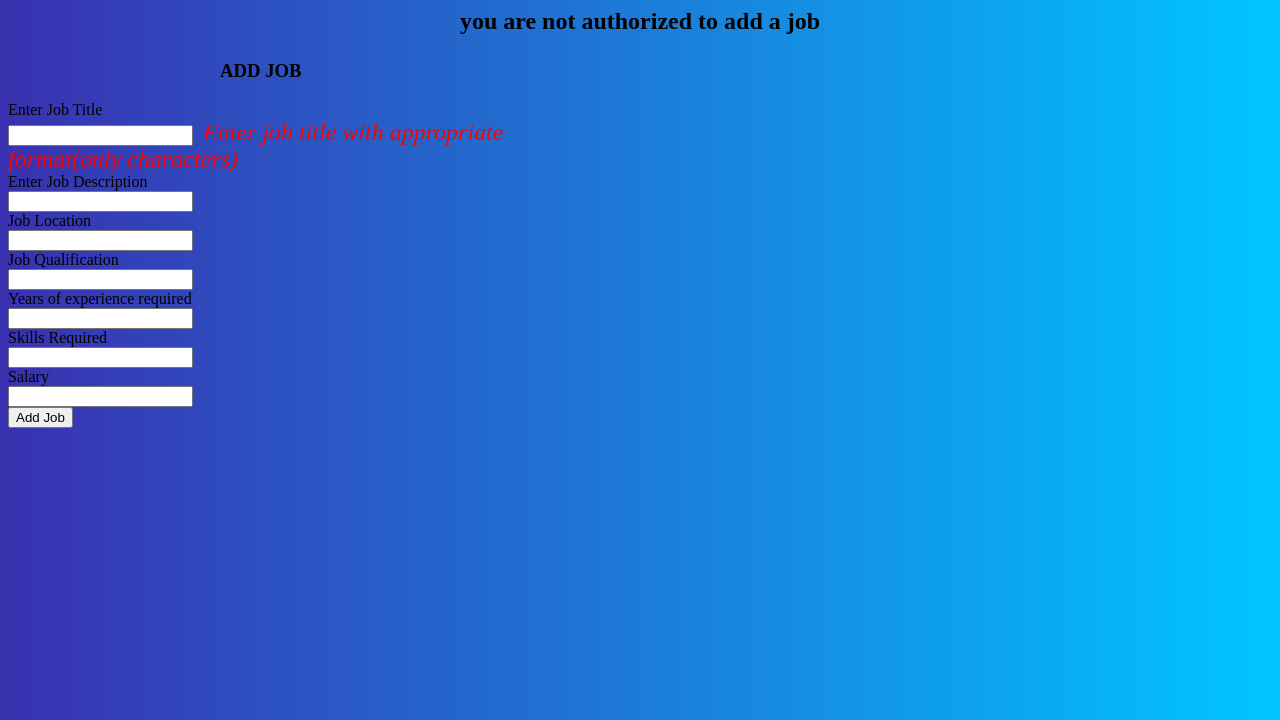
Repository: devlogan/collproject
Page: CollFrontend/WebContent/jobs/JobForm.html
These files come from the project's save history. The page is drawn as it stood at one moment and after the next save; the edit follows.
The browser window is 1280 px wide. The pictures show the whole page.

Above is the page before, as saved 2019-05-01 17:49:18.

### CollFrontend/WebContent/jobs/JobForm.html
<style>
body {
	background: -webkit-linear-gradient(left, #3931af, #00c6ff);
}

i.fa-close {
	margin-left: 10px;
	font-size: 1.5rem;
	position: relative;
	color: red;
	display: inline;
}
</style>
<div ng-show="currentUser.role!='Admin'">

	<h2 align="center">you are not authorized to add a job</h2>
</div>
<div ng-show="currentUser.role=='Admin'" class="container"
	style="width: 40%">

	<h3 align=center style="margin-top: 5%">ADD JOB</h3>
	<form name="jobForm" novalidate>
		<div class="form-group">
			<label for="jobTitle">Enter Job Title</label>
			<div class="">
				<input type="text" name="title" class="form-control"
					ng-model="job.jobTitle" ng-required="true" ng-pattern="/^[A-Z]+$/i"
					ng-minlength="3" ng-maxlength="21"><i
					ng-show="jobForm.title.$invalid && jobForm.title.$touched || jobForm.title.$error.pattern && jobForm.title.$touched"
					class="fa fa-close">Enter job title with appropriate
					format(only characters)</i>
			</div>

		</div>
		<div class="form-group">
			<label for="description">Enter Job Description</label>
			<div class="col-50">
				<input type="text" name="description" class="form-control"
					ng-model="job.jobDescription" ng-required="true"
					ng-pattern="/^[A-Z]+$/i" ng-minlength="3" ng-maxlength="21">
			</div>
		</div>
		<div class="form-group">
			<label for="location">Job Location</label>
			<div class="col-50">
				<input type="text" name="location" class="form-control"
					ng-model="job.location" ng-required="true" ng-pattern="/^[A-Z]+$/i"
					ng-minlength="3" ng-maxlength="21">
			</div>
		</div>
		<div class="form-group">
			<label for="email">Job Qualification</label>
			<div class="col-50">
				<input type="text" name="qualification" class="form-control"
					ng-model="job.qualifaction" ng-required="true"
					ng-pattern="/^[A-Z]+$/i" ng-minlength="3" ng-maxlength="21">
			</div>
		</div>
		<div class="form-group">
			<label for="email">Years of experience required</label>
			<div class="col-50">
				<input type="text" name="experience" class="form-control"
					ng-model="job.yrsOfExp" ng-required="true">
			</div>
		</div>
		<div class="form-group">
			<label for="email">Skills Required</label>
			<div class="col-50">
				<input type="text" name="skills" class="form-control"
					ng-model="job.skillsRequired ng-required="true"">
			</div>
		</div>
		<div class="form-group">
			<label for="email">Salary</label>
			<div class="col-50">
				<input type="text" name="salary" class="form-control"
					ng-model="job.salary" ng-required="true">
			</div>
		</div>


		<button type="submit" ng-click="addJob()" class="btn btn-success">Add
			Job</button>
	</form>
</div>

After the next save:
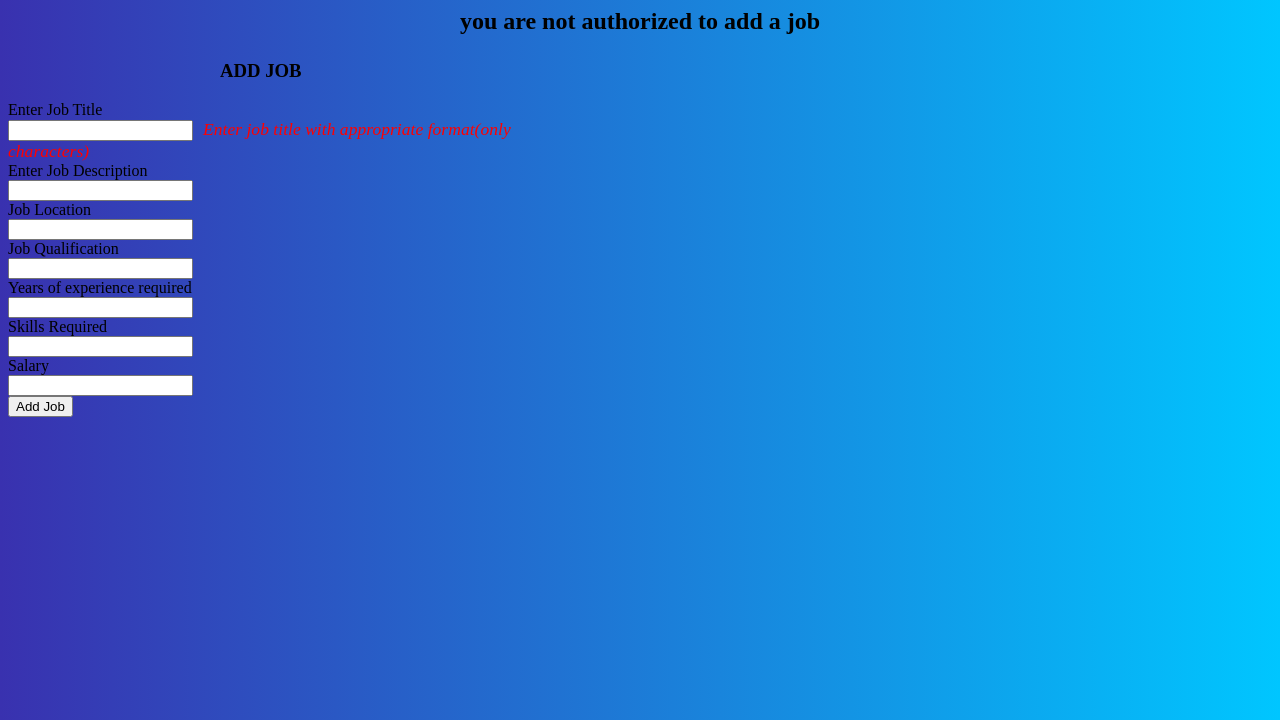
Saved 25 s later.
--- a/CollFrontend/WebContent/jobs/JobForm.html
+++ b/CollFrontend/WebContent/jobs/JobForm.html
@@ -5,7 +5,7 @@ body {
 
 i.fa-close {
 	margin-left: 10px;
-	font-size: 1.5rem;
+	font-size: 1.1rem;
 	position: relative;
 	color: red;
 	display: inline;
